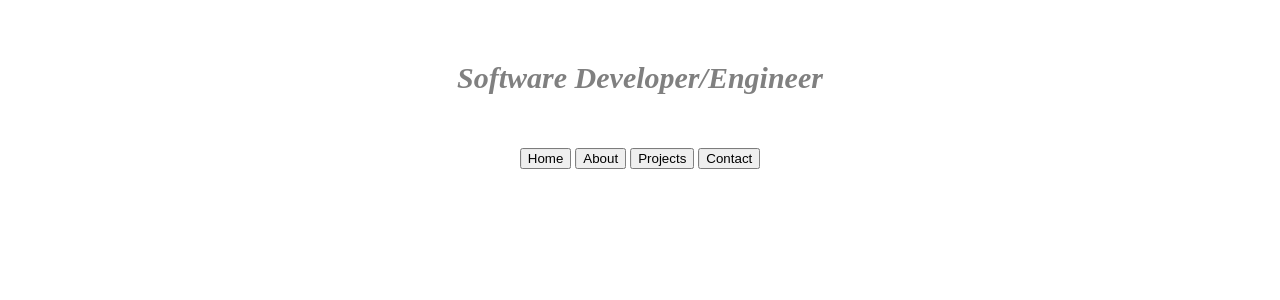
Repository: ElijahHallera/ElijahHallera.github.io
Page: http://localhost/
The author's editor kept a record of every edit. The page is drawn from the files as they stood at one moment, then again after the next edit.
The browser window is 1280 px wide. The pictures show the whole page.
The page is served by the project's Node server (index.js).

Above is the page before.

### views/Homepage.ejs
<%- include ('partials/header'); -%>

<div class="bg">
	<div class="centered">
		<div class="borderlines">
			<h3> Elijah Hallera </h3>
			<h2> Software Developer/Engineer</h2>
		</div>

		<nav>
			<a href= "/"> <button class="button btn btn-default"> Home </button></a>
			<a href= "/about"> <button class="button btn btn-default"> About </button></a>
			<a href= "/projects"> <button class="button btn btn-default"> Projects </button></a>
			<a href= "/contact"><button class="button btn btn-default"> Contact </button></a>
		</nav>

		<img class="gitIcon" src="images/gitIcon.png">

	</div>
</div>

### views/partials/header.ejs
<!DOCTYPE html>
<html>

  <head>
    <title>Hallera Portfolio</title>
    <meta charset="UTF-8">
    <meta name="viewport" content="width=device-width, initial-scale=1.0">
		<link rel='stylesheet' type='text/css' href='app.css'>
		<link rel="stylesheet" href="https://cdnjs.cloudflare.com/ajax/libs/font-awesome/4.7.0/css/font-awesome.min.css">
  </head>

  <body>

### index.js
/* App Configuration */
var express = require('express');
var methodOverride = require('method-override');
var app = express();

app.use(express.static('public'));
app.set('view engine', 'ejs');

/* Home Route */
app.get('/', function(req, res){
    res.render('Homepage');
});

app.get('/about', function(req, res){
    res.render('About');
});

app.get('/projects', function(req, res){
    res.render('Projects');
});

app.get('/contact', function(req, res){
    res.render('Contact');
});

/* Error Route*/
app.get('*', function(req, res){
   res.render('error');
});

app.listen(process.env.PORT || 3000, function(){
    console.log('Server has been started');
})

### public/app.css
nav {
    padding-top: 25px;
    text-align: center;
}

body{
    background-color: white;
}

h3{
    color: white;
    text-align: center;
    font-size: 40px;
    font-weight: bold;
}

h2 {
    font-style: italic;
    font-size: 30px;
    color: grey;
}

.centered{
  position: fixed;
  top: 25%;
  left: 50%;
  transform: translate(-50%, -50%);
}

.borderlines{
  border-top-style: solid;
  border-top-color: black;
  border-bottom-style: solid;
  border-bottom-color: white;
}

.button {
  transition-duration: 0.4s;
}

.button:hover {
  background-color: #4CAF50; /* Green */
  color: white;
  border: 2px solid #4CAF50;
}

After the next edit:
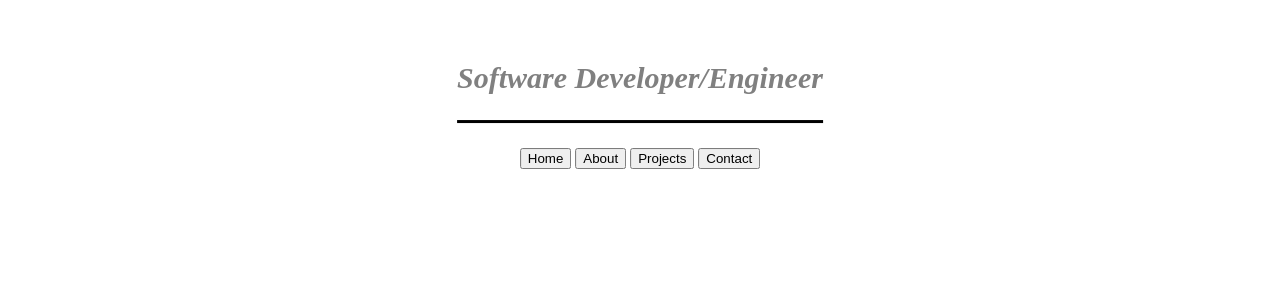
The edit:
--- a/public/app.css
+++ b/public/app.css
@@ -31,7 +31,7 @@
   border-top-style: solid;
   border-top-color: black;
   border-bottom-style: solid;
-  border-bottom-color: white;
+  border-bottom-color: black;
 }
 
 .button {
